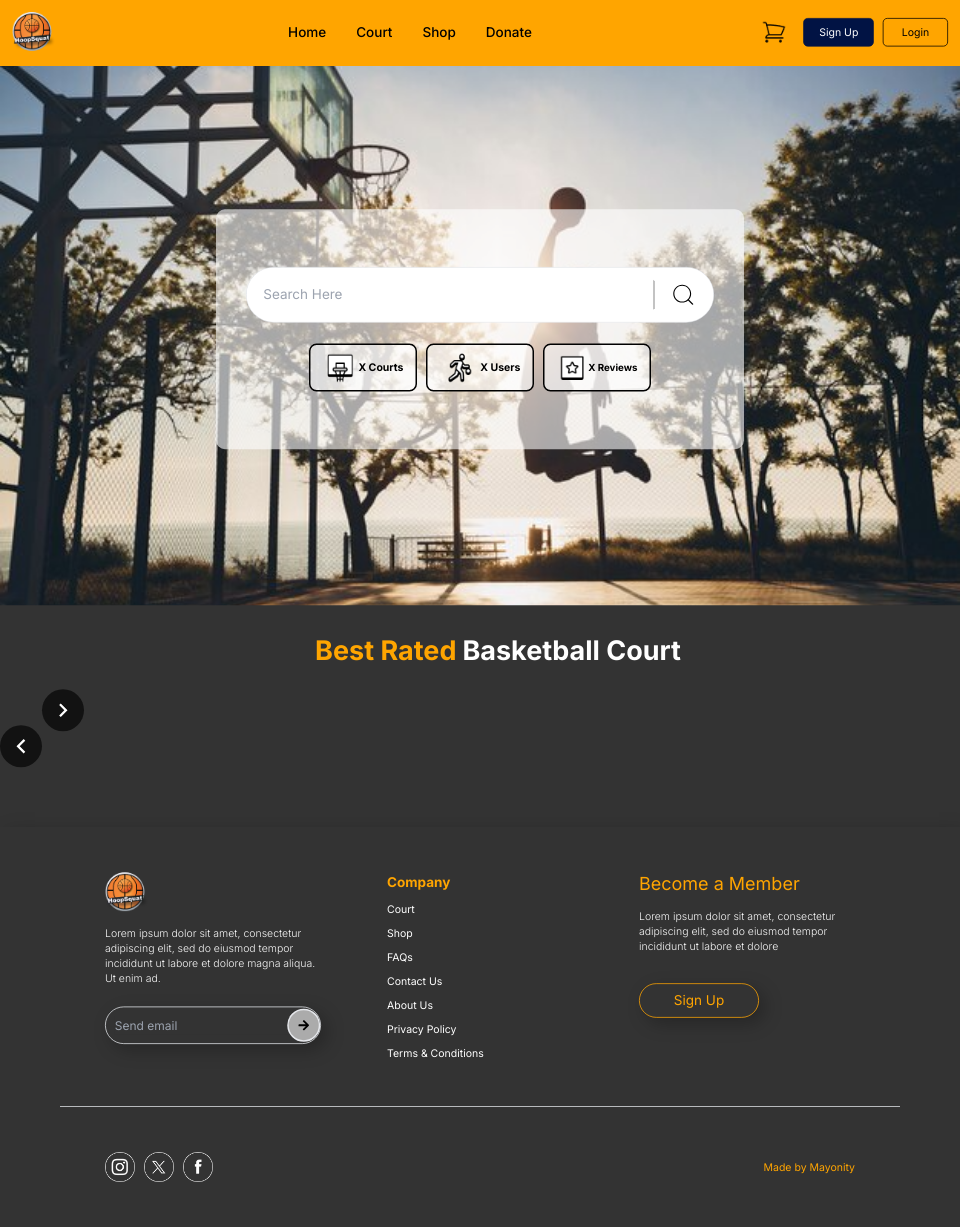
Repository: Abdul-Hannan232/basket-ball-website
Page: /
The author's editor kept a copy of each file at every save. The page is drawn from the files as they stood at one save, then again after the next save.
The browser window is 1280 px wide. The pictures show the whole page, at 75% of full size.
The page's requests for data from a server got no answer. The project was rebuilt for these pictures with package versions that can differ from the ones it lists, and the page was loaded fresh each time. The framework's server and built-in components were replaced by stand-ins that run in the browser. No one was signed in, and anything a server would have sent is missing. Also part of the build but not shown: next.config.mjs, app/utils/rating.js.

Above is the page before, as saved 2024-09-15 21:30:27.

### app/layout.tsx
import type { Metadata } from "next";
import { Inter } from "next/font/google";
import "./globals.css";
import Authprovider from "./component/Authprovider/Authprovider";

const inter = Inter({ subsets: ["latin"] });

export const metadata: Metadata = {
  title: "Basket Ball",
  description: "Generated by create next app",
};

export default function RootLayout({
  children,
}: Readonly<{
  children: React.ReactNode;
}>) {
  return (
    <html lang="en">
      <head>
        <link rel="icon" href="/favicon.png" />
        <title>Basket Ball</title>
      </head>
      <body className={inter.className}>
        <Authprovider>
          {children}
        </Authprovider>
      </body>
    </html>
  );
}

### app/page.tsx
import HomePage from "./component/HomeComponent"
export default function Home() {
  return (
    <>
      <HomePage />
    </>
  );
}

### app/globals.css
@import url('https://fonts.googleapis.com/css2?family=Poppins:wght@100;200;400&display=swap');
@import url('https://fonts.googleapis.com/css2?family=Poppins:ital,wght@0,100;0,200;0,300;0,400;0,500;0,600;0,700;0,800;0,900;1,100;1,200;1,300;1,400;1,500;1,600;1,700;1,800;1,900&display=swap');
@tailwind base;
@tailwind components;
@tailwind utilities;
/* Styling for the pagination container */
.custom-paginator .p-paginator {
  @apply  rounded-lg p-4 mt-2 flex flex-row gap-10 fixed  right-0;
}
.poppins-bold {
  font-family: "Poppins", sans-serif;
  font-weight: 700;
  font-style: normal;
}
.hover-design{
  background: linear-gradient(90deg, #FFA500 0%, rgba(255, 165, 0, 0.09) 85.85%);

}
/* Styling for individual page numbers */
.custom-paginator .p-paginator .p-paginator-page {
  @apply bg-white text-black rounded-md w-10 h-10 inline items-center text-center justify-center mx-1;
}

/* Highlighted page number styling */
.custom-paginator .p-paginator .p-paginator-page.p-highlight {
  @apply bg-[#FFA500] text-white inline text-center flex-row;
}

/* Styling for previous and next buttons */
.custom-paginator .p-paginator .p-paginator-prev,
.custom-paginator .p-paginator .p-paginator-next {
  @apply bg-[#CACACA] p-1 text-black flex flex-row rounded-md;
}

body {
  background-color: rgba(51, 51, 51, 1);
  color: white;
  font-family: 'Poppins', sans-serif;
}

.shadow {
  box-shadow: 8px 8px 24px 0px #00000040;

}
.banner {
  background-image: url('/banner.png');
  background-position: center;
  background-size: cover;
  width: 100%;
  background-repeat: no-repeat;
}
.backColor{
  background: linear-gradient(90.35deg, #FFA500 0.24%, #FF7D05 99.7%);

}
.mobilebanner {
  background-image: url('/mobildbanner.png');
  background-position: center;
  background-size: cover;
  background-repeat: no-repeat;
}
@media only screen and (max-width:320px) {
  .slick-slide {
    margin-left:5px; /* Adjust the value as needed */
  }
}
.slick-slide {
  margin-left:5px; /* Adjust the value as needed */
}
.bounceball {
  position: relative;
  display: inline-block;
  height: 20px;
  width: 15px;
  /* Adjust the width as needed */
}

.bounceball:before {
  position: absolute;
  content: '';
  display: block;
  top: 0;
  width: 25px;
  /* Adjust the width as needed */
  height: 20px;
  border-radius: 50%;
  background-color: #FFA500;
  transform-origin: 50%;
  animation: bounce 500ms alternate infinite ease;
}

@layer
{
  .wrap {
    @apply absolute top-1/2 left-1/2 transform -translate-x-1/2 -translate-y-1/2;
  }
}
@keyframes bounce {
  0% {
    top: 70px;
    height: 5px;
    border-radius: 60px 60px 20px 20px;
    transform: scaleX(2);
  }

  35% {
    height: 15px;
    border-radius: 50%;
    transform: scaleX(1);
  }

  100% {
    top: 0;
  }
}


.animate-bounce {
  animation: bounce 500ms alternate infinite ease;
}

/* Api loading */
.loader {
  width: 48px;
  height: 48px;
  display: inline-block;
  position: relative;
}
.loader::after,
.loader::before {
  content: '';
  box-sizing: border-box;
  width: 48px;
  height: 48px;
  border-radius: 50%;
  border: 2px solid #FFA500;
  position: absolute;
  left: 0;
  top: 0;
  animation: animloader 2s linear infinite;
}
.loader::after {
  animation-delay: 1s;
}

@keyframes animloader {
  0% {
    transform: scale(0);
    opacity: 1;
  }
  100% {
    transform: scale(1);
    opacity: 0;
  }
}

### app/component/Authprovider/Authprovider.js
"use client"
import React from "react";
import { SessionProvider } from "next-auth/react";
const Authprovider = ({children}) => {
    return (
        <SessionProvider>
             {children}
        </SessionProvider>
    )
}
export default Authprovider

### app/component/HomeComponent.js
import React from 'react'
import Navbar from './NavBarComponent'
import Image from 'next/image'
import { CiSearch } from "react-icons/ci"
import Footer from "./FooterComponent"
import BasketBall from "./CourtsSlider"
const HomeComponent = () => {
  return (
    <div>
      <Navbar/>
      <div className=' md:banner mobilebanner   md:h-[100vh] h-[250px]'  >
        <div className='relative  flex flex-col md:justify-center md:mt-0 pt-14 items-center md:h-[90vh] '>
          <div className='bg-white absolute lg:w-[55%] w-[90%] mx-auto md:h-80 h-36 flex flex-col justify-center it-center  bg-opacity-60 rounded-xl  right-0 left-0'>
            <div className='relative lg:mx-10 mx-5 border bg-white text-black flex items-center   rounded-full'>
              <input type='text' placeholder='Search Here' className='text-black md:text-lg text-xs border-transparent outline-none hover:border-[#FFA500] border-2 md:p-5 p-3 w-full rounded-full ' />
              <CiSearch className="absolute text-black md:w-20 w-8 px-1 my-2 md:h-10 h-6 right-0 text-4xl border-2 border-[#AFAFAF] border-t-transparent border-r-transparent border-b-transparent  md:top- " />
            </div>
            <div className='flex justify-center gap-3 mt-7 '>
              <div className='bg-white text-center text-black bg-opacity-60 border-[#000000] border-2 flex justify-center items-center md:rounded-[10px] rounded-[7px] md:p-4 p-2 md:w-36 w-22  md:h-16 h-10'>

                <Image src="/Basketball Net.png" alt="basket" width={100} height={50} className='md:w-10 mx-auto mt-1 md:h-12 w-6 h-8 ' />
                <p className='md:text-sm text-[8px]  font-bold'>X Courts</p>
              </div>
              <div className='bg-white text-center text-black bg-opacity-60 border-[#000000] border-2 flex justify-center items-center md:rounded-[10px] rounded-[7px] md:p-4 p-2 md:w-36 w-22  md:h-16 h-10'>

                <Image src="/Basketball Player.png" alt="basket" width={100} height={50} className='md:w-10 mx-auto  md:h-10 w-6 h-6 ' />
                <p className='md:text-sm text-[8px]  font-bold'>X Users</p>
              </div>
              <div className='bg-white text-center text-black bg-opacity-60 border-[#000000] border-2 flex justify-center items-center md:rounded-[10px] rounded-[7px] md:p-4 p-2 md:w-36 w-22  md:h-16 h-10'>

                <Image src="/Rating.png" alt="basket" width={100} height={50} className='md:w-10 mx-auto  md:h-10 w-6 h-6 ' />
                <p className='md:text-[13px] text-[8px]  font-bold'>X Reviews</p>
              </div>

            </div>
          </div>
        </div>
      </div>
      <BasketBall slide={"carousel"} />
      <Footer/>
    </div>
  )
}

export default HomeComponent

### app/component/CourtsSlider.js
"use client"
import React, { useRef, useState, useEffect } from 'react';
import Slider from 'react-slick';
import { RiArrowLeftSLine } from 'react-icons/ri';
import { MdOutlineKeyboardArrowRight } from "react-icons/md"
import 'slick-carousel/slick/slick.css';
import 'slick-carousel/slick/slick-theme.css';
import Image from 'next/image';
import Link from 'next/link';
import renderStars from "../utils/rating"
import { allCourts as fetchAllCourts } from "../services/courtsServices"; // Rename the imported function
const settings = {
    infinite: true,
    speed: 500,
    slidesToShow: 3.5,
    slidesToScroll: 1,
    responsive: [
        {
            breakpoint: 1267, // Adjust the breakpoint as needed
            settings: {
                slidesToShow: 2.5,
                slidesToScroll: 2,
            },
        },
        {
            breakpoint: 959, // Adjust the breakpoint as needed
            settings: {
                slidesToShow: 2,
                slidesToScroll: 2,
            },
        },

        {
            breakpoint: 320, // Adjust the breakpoint as needed
            settings: {
                slidesToShow: 1.1,
                slidesToScroll: 1,
            },
        },
    ],
    prevArrow: <></>, // Hides the previous arrow
    nextArrow: <></>,
};
const CourtsSlider = ({ slide }) => {
    const sliderRef = useRef(null);
    const [spinner, setSpinner] = useState(false)

    const goToPrev = () => {
        sliderRef.current.slickPrev();
    };

    const goToNext = () => {
        sliderRef.current.slickNext();
    };

    const [allCourts, setAllCourts] = useState([]); // Initialize with an empty array

    useEffect(() => {
        setSpinner(true)
        const getCourts = async () => {
            try {
                const response = await fetchAllCourts(); // Use the renamed function
                setAllCourts(response.data.courts); // Store the fetched data in state
            } catch (error) {
                console.error("Failed to fetch courts data:", error);
                // You can also add error handling for the UI here
            } finally {
                setSpinner(false)
            }
        };

        getCourts();
    }, []);
    return (
        <div >
            {slide === 'carousel' ? (
                <div className="  2xl:ml-32 md:ml-14 md:pt-10 pt-10 w-[95%] mx-auto z-10 2xl:mb-40 md:mb-20" id="Testimonials" style={{ position: 'relative' }}>
                    <div className='2xl:text-6xl md:text-4xl text-xl font-bold md:mb-20 mb-10 flex justify-center items-center gap-2 '>
                        <h1 className='text-[#FFA500]'>Best Rated </h1>
                        <h1>Basketball Court</h1>
                    </div>
                    <div className="flex justify-center">
                        {spinner ? <span className="loader"></span> : null}
                    </div>


                    <div className=' slick- slick-arrow md:-ml-14 '>
                            <div onClick={goToPrev} className='bg-[#000000A6] text-white text-7xl md:p-[10px] flex items-center justify-center cursor-pointer md:w-14 md:h-14 w-10 h-10 text-center font-bold  rounded-full'>
                                <RiArrowLeftSLine />
                            </div>
                        </div>
                    <Slider ref={sliderRef} {...settings}>

                        {allCourts.map((item, index) => (
                            <div key={index} className=' w-[80%] bg-black'>
                                <div className='relative shadow cursor-pointer text-black rounded-md 2xl:w-[450px] md:w-[300px] w-[250px] group'>
                                    <div className='absolute inset-0 bg-black opacity-0 z-20 group-hover:opacity-70 transition-opacity'></div>

                                    <div className='bg-[#D9D9D9] relative rounded-md overflow-hidden'>
                                        {/* Image and content */}

                                        <Image src={item.images?.[0]
                                            ? `${process.env.NEXT_PUBLIC_IMAGE_URL}/${item.images[0]}`
                                            : '/basketBALL.png'} alt="image" width={343} height={228} className='rounded-t-xl h-60 2xl:w-[400px]' />

                                        <div className='flex items-center justify-center float-right -mt-5 shadow z-10 absolute right-0 p-3 w-32 gap-2 rounded-l-xl bg-white text-black'>

                                            <Image src={item.type === "indoor" ? "/Roofing.png" : "/Basketball Court.png"}
                                                alt="shelter" width={24} height={24} />
                                            <p>{item.type}</p>
                                        </div>
                                        <div className='m-5'>
                                            {/* <Image src="/star.png" alt="image" width={112} height={20} /> */}
                                            <div className='flex items-center'>
                                                {renderStars(item.ratings)}
                                            </div>
                                            <p className='text-[10px] mt-1 font-bold'>{item.rating.length} reviews</p>
                                            <h1 className='text-xl font-bold mb-5'>{item.name}</h1>
                                            <p className='w-32 text-xs font-medium mt-1'>{item.location}</p>
                                            <button className='bg-[#FFA500] p-2 mb-5 mt-10 text-black font-bold text-sm w-full shadow'>
                                                View Court
                                            </button>
                                        </div>

                                        {/* Overlay with Maintenance Button */}
                                        <div className='flex flex-col items-center h-96 justify-center z-40 absolute inset-0 opacity-0 group-hover:opacity-100 transition-opacity'>
                                            <button className='bg-[#232323] py-2 px-4 rounded-full text-white'>
                                                Maintenance
                                            </button>
                                        </div>
                                    </div>
                                </div>

                            </div>
                        ))}

                    </Slider>
                    <div style={{ position: 'absolute', transform: 'translateY(-50%)', zIndex: '1' }} className='2xl:top-[45%] lg:top-[65%] top-[35%] md:w-[100%] flex justify-between w-[100%] mx-auto'>

                        <div className='slick- slick-arrow'>
                            <div className="bg-[#000000A6] text-white text-7xl md:p-[10px] flex items-center justify-center cursor-pointer md:w-14 md:h-14 w-10 h-10 text-center font-bold  rounded-full" onClick={goToNext}>
                                <MdOutlineKeyboardArrowRight />
                            </div>
                        </div>

                    </div>
                </div>
            ) : (
                <>
                    <div className="flex justify-center mt-[30px]">
                        {spinner ? <span className="loader"></span> : null}
                    </div>
                    <div className='grid xl:grid-cols-4 lg:grid-cols-3 md:grid-cols-2 grid-cols-1 gap-20 w-[80%] md:mt-20 mt-5 md:mx-auto mx-5'>

                        {allCourts.map((item, index) => (
                            <div key={index} className='relative  shadow text-black rounded-md 2xl:w-[300px] xl:w-[250px] md:w-[250px] w-[280px] group'>
                                <div className='bg-[#D9D9D9] relative rounded-md overflow-hidden'>
                                    {/* Overlay */}
                                    <div className='absolute inset-0 bg-black opacity-0  group-hover:opacity-70 transition-opacity'></div>

                                    {/* Maintenance Button (Initially Hidden) */}
                                    <div className='flex flex-col items-center h-80 justify-center z-20 absolute inset-0 opacity-0 group-hover:opacity-100 transition-opacity'>
                                        <button className='bg-[#232323] py-2 px-4 rounded-full text-white'>
                                            Maintenance
                                        </button>
                                    </div>

                                    <Image src={item.images?.[0]
                                        ? `${process.env.NEXT_PUBLIC_IMAGE_URL}/${item.images[0]}`
                                        : '/basketBALL.png'} alt="image" width={343} height={228} className='rounded-t-xl 2xl:w-[450px]' />

                                    <div className='flex items-center justify-center float-right -mt-5 shadow  absolute right-0 p-3 w-32 gap-2 rounded-l-xl bg-white text-black'>

                                        <Image src={item.type === "indoor" ? "/Roofing.png" : "/Basketball Court.png"}
                                            alt="shelter" width={24} height={24} />
                                        <p>{item.type}</p>
                                    </div>

                                    <div className='m-5 relative'>
                                        {/* <Image src="/star.png" alt="image" width={60} height={20} />
                         */}
                                        <div className='flex items-center'>
                                            {renderStars(item.ratings)}
                                        </div>
                                        <p className='text-[10px] mt-1 font-bold'>{item.rating.length} reviews</p>
                                        <h1 className='text-lg font-bold mb-2'>{item.name}</h1>
                                        <p className='w-32 text-xs font-medium '>{item.location}</p>
                                        <button className='bg-[#FFA500] p-2 mb-3 mt-3 rounded-md text-black font-bold text-sm w-full shadow'>
                                            View Court
                                        </button>
                                    </div>
                                </div>
                            </div>


                        ))}
                    </div>
                </>
            )}

        </div >
    );
};

export default CourtsSlider;

### app/customHook/useAuthToken.js
import { useSession } from "next-auth/react";
import Cookies from "js-cookie";
import {jwtDecode} from "jwt-decode";

export const useAuthToken = () => {
  const { data: session } = useSession();

  const token = session?.authToken || Cookies.get("authToken");

  let decodedToken = null;
  if (token) {
    try {
      decodedToken = jwtDecode(token);
    } catch (error) {
      console.error("Invalid token:", error.message);
    }
  }

  return { token, decodedToken };
};

### app/services/courtsServices.js
import axios from "axios";
import Cookies from 'js-cookie';
export const allCourts = async (token) =>{
    try {

        const response = await axios.get(
            `${process.env.NEXT_PUBLIC_API_URL}/court/all`,
            {
                headers: {
                    Authorization: `Bearer ${token}`,
                },
            }
        );

        return response;
    }
    catch (error) {
        console.log("all Courts",error.response)
        return error.response || { message: "An error occurred", error };
    }

}

export const addCourt = async (body,token) => {

    try {
         const response = await axios.post(
            `${process.env.NEXT_PUBLIC_API_URL}/court/add`,
            body,
            {
                headers: {
                    Authorization: `Bearer ${token}`,                },
            }
        );

        return response;
    } catch (error) {
        return error.response;
    }
};

Loaded but not shown: tailwind.config.ts (common file); app/component/NavBarComponent.js (132 lines, source omitted); app/component/FooterComponent.js (94 lines, source omitted)

After the next save:
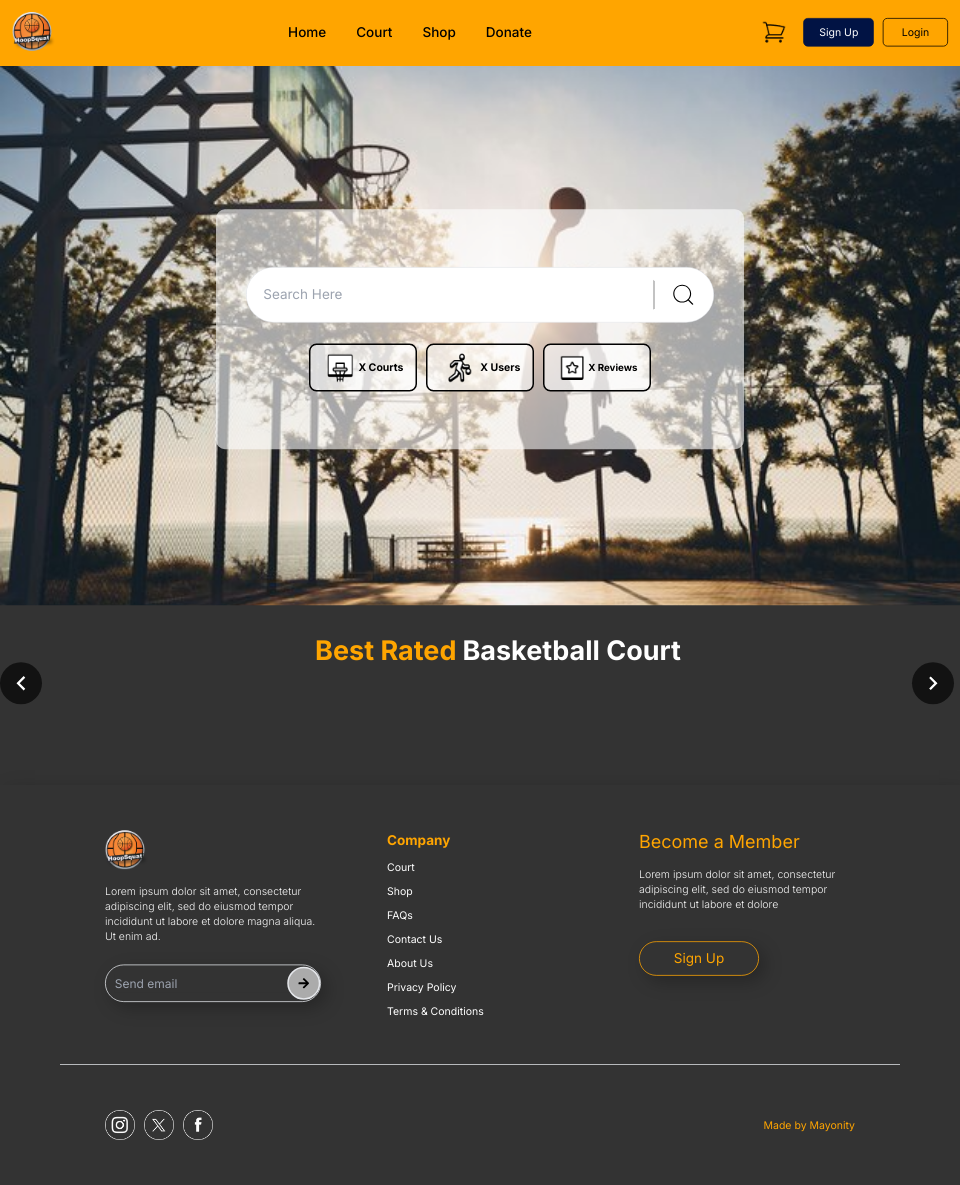
Saved 9 s later.
--- a/app/component/CourtsSlider.js
+++ b/app/component/CourtsSlider.js
@@ -84,11 +84,7 @@ const CourtsSlider = ({ slide }) => {
                     </div>
 
 
-                    <div className=' slick- slick-arrow md:-ml-14 '>
-                            <div onClick={goToPrev} className='bg-[#000000A6] text-white text-7xl md:p-[10px] flex items-center justify-center cursor-pointer md:w-14 md:h-14 w-10 h-10 text-center font-bold  rounded-full'>
-                                <RiArrowLeftSLine />
-                            </div>
-                        </div>
+
                     <Slider ref={sliderRef} {...settings}>
 
                         {allCourts.map((item, index) => (
@@ -136,7 +132,11 @@ const CourtsSlider = ({ slide }) => {
 
                     </Slider>
                     <div style={{ position: 'absolute', transform: 'translateY(-50%)', zIndex: '1' }} className='2xl:top-[45%] lg:top-[65%] top-[35%] md:w-[100%] flex justify-between w-[100%] mx-auto'>
-
+                        <div className=' slick- slick-arrow md:-ml-14 '>
+                            <div onClick={goToPrev} className='bg-[#000000A6] text-white text-7xl md:p-[10px] flex items-center justify-center cursor-pointer md:w-14 md:h-14 w-10 h-10 text-center font-bold  rounded-full'>
+                                <RiArrowLeftSLine />
+                            </div>
+                        </div>
                         <div className='slick- slick-arrow'>
                             <div className="bg-[#000000A6] text-white text-7xl md:p-[10px] flex items-center justify-center cursor-pointer md:w-14 md:h-14 w-10 h-10 text-center font-bold  rounded-full" onClick={goToNext}>
                                 <MdOutlineKeyboardArrowRight />
